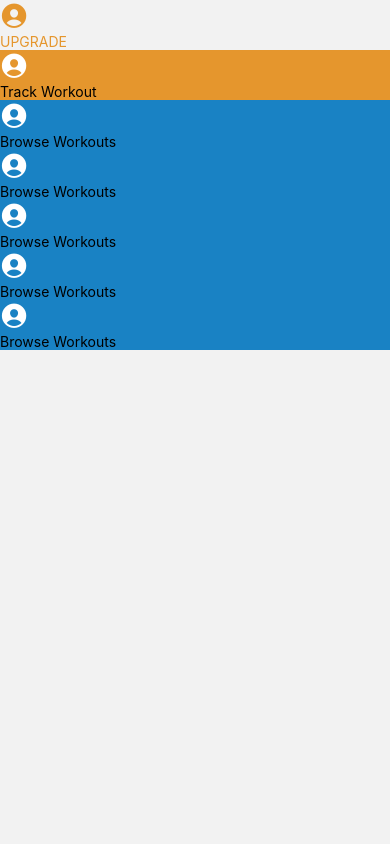
Repository: katjalmarko/React-Native-Fitness-App-with-Subscription
Screen: /
An editor plug-in stored every save of this project. The screen is shown before and after the next save, followed by the edit.
Pictures or frames that could not be fetched are drawn as grey boxes. The app was drawn by React Native's web renderer in a window 390 px wide. The project was rebuilt for these pictures with package versions that can differ from the ones it lists, and the page was loaded fresh each time.

Above is the screen before, as saved 2023-05-08 18:00:04.

After the next save:
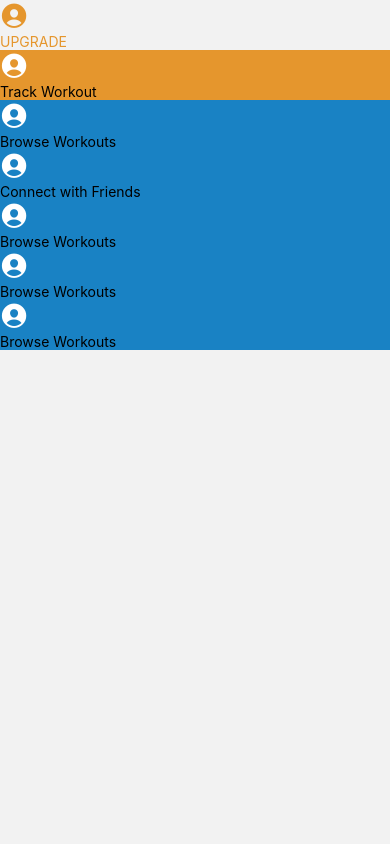
Saved 10 s later.
--- a/screens/HomeScreen.tsx
+++ b/screens/HomeScreen.tsx
@@ -34,7 +34,7 @@ const HomeScreen = () => {
           vertical
         />
         <ActionRow
-          title="Browse Workouts"
+          title="Connect with Friends"
           screen="Demo"
           color="#1982C4"
           icon="library"
